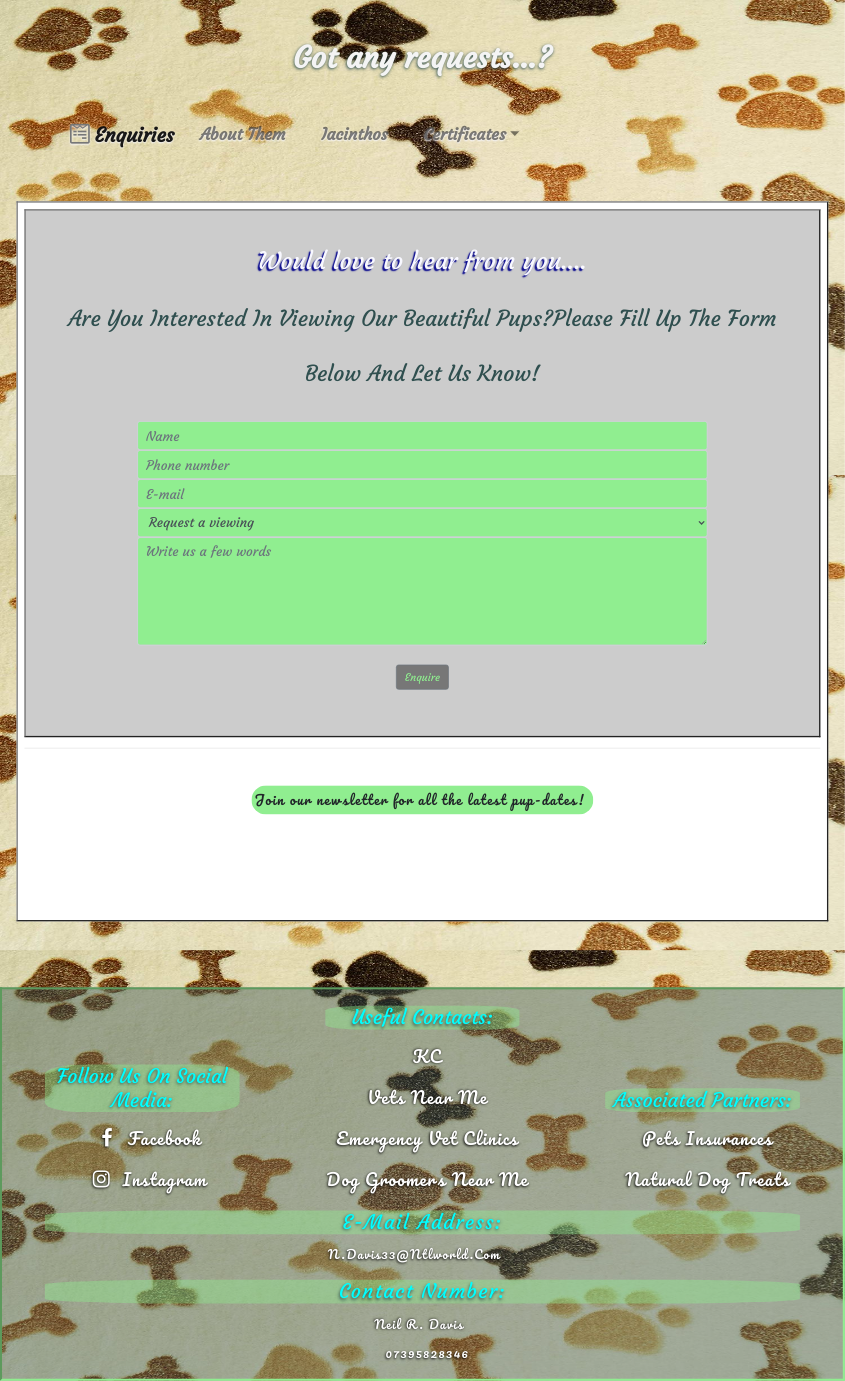
Repository: Code-Institute-Submissions/GeorgiosSklav-Iacinthos-blog
Page: request-form.html
The author's editor kept a record of every edit. The page is drawn from the files as they stood at one moment, then again after the next edit.
The browser window is 1280 px wide. The pictures show the whole page, at 66% of full size.
Backgrounds fixed to the window are drawn as part of the page.

Above is the page before.

After the next edit:
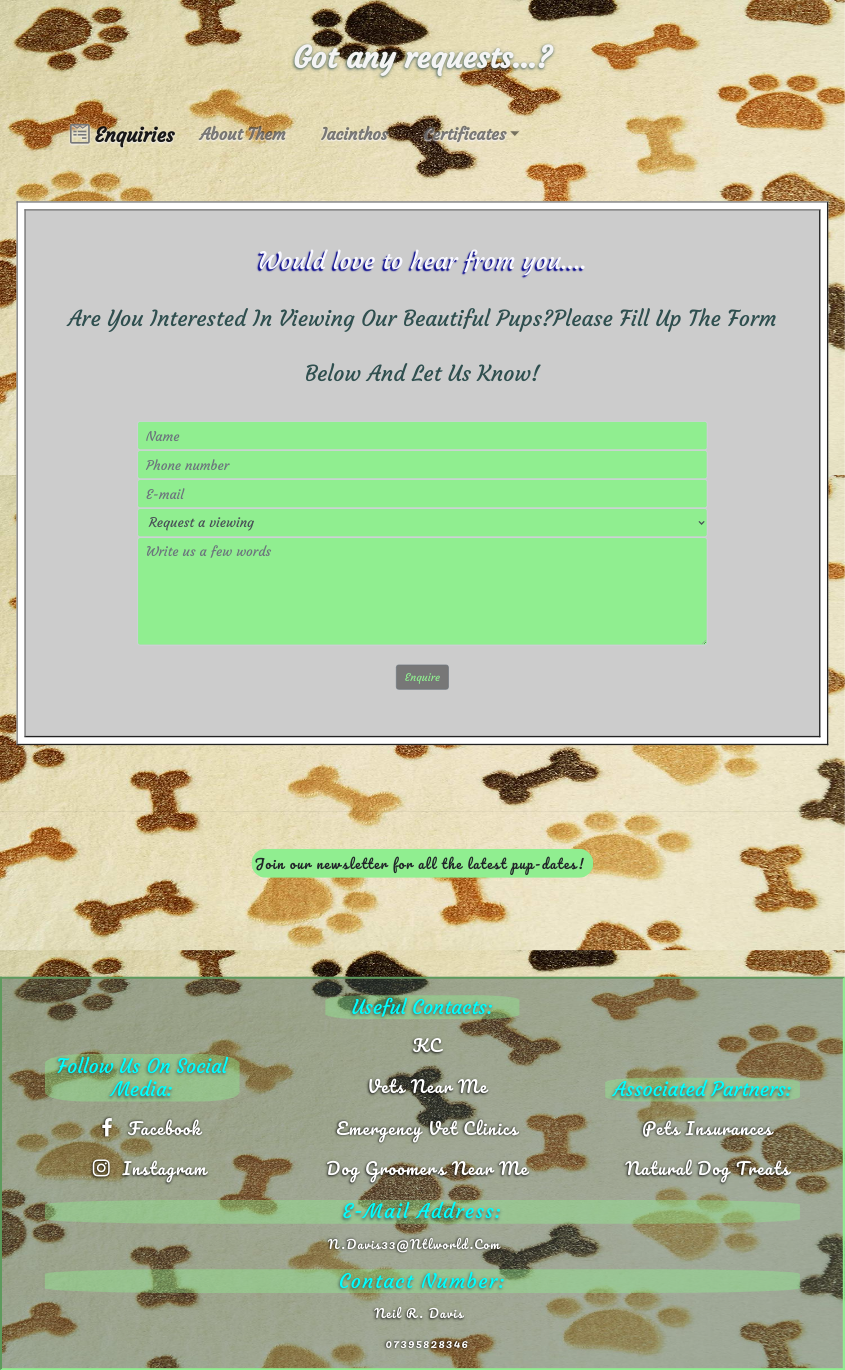
The edit:
--- a/request-form.html
+++ b/request-form.html
@@ -47,32 +47,33 @@
     <main>
         <div class="jumbotron-fluid about" id="frame">
             <div class="background-overlay">
-            <section class="container-fluid">
-                <div class="row about">
-                    <div class="col">
-                        <h3 class="about-title contact-heading text-center">Would love to hear from you....</h3>
-                        <p class="contact capitalise">Are you interested in viewing our beautiful pups?Please fill up the form below and let us know!</p>
-                        <div class="center-form">
-                            <form>
-                                <input type="text" name="name" id="fullname" class="form-control" placeholder="Name" required/>
-                                <input type="text" name="number" id="number" class="form-control" placeholder="Phone number" required/>
-                                <input type="email" name="email" id="emailaddress" class="form-control" placeholder="E-mail" required/>
-                                <select class="form-control control">
+                <section class="container-fluid">
+                    <div class="row about">
+                        <div class="col">
+                            <h3 class="about-title contact-heading text-center">Would love to hear from you....</h3>
+                            <p class="contact capitalise">Are you interested in viewing our beautiful pups?Please fill up the form below and let us know!</p>
+                            <div class="center-form">
+                                <form>
+                                    <input type="text" name="name" id="fullname" class="form-control" placeholder="Name" required/>
+                                    <input type="text" name="number" id="number" class="form-control" placeholder="Phone number" required/>
+                                    <input type="email" name="email" id="emailaddress" class="form-control" placeholder="E-mail" required/>
+                                    <select class="form-control control">
                                     <option>Request a viewing</option>
                                     <option>Litter enquiries</option>
                                     <option>Other</option>
                                     </select>
-                                <textarea rows="5" name="projectsummary" id="projectsummary" class="form-control" placeholder="Write us a few words" required></textarea>
-                                <div class="form-row text-center">
-                                    <div class="col">
-                                        <button type="submit" class="btn btn-secondary">Enquire</button>
+                                    <textarea rows="5" name="projectsummary" id="projectsummary" class="form-control" placeholder="Write us a few words" required></textarea>
+                                    <div class="form-row text-center">
+                                        <div class="col">
+                                            <button type="submit" class="btn btn-secondary">Enquire</button>
+                                        </div>
                                     </div>
-                                </div>
-                            </form>
+                                </form>
+                            </div>
                         </div>
                     </div>
-                </div>
-            </section>
+                </section>
+            </div>
         </div>
         <hr>
 
